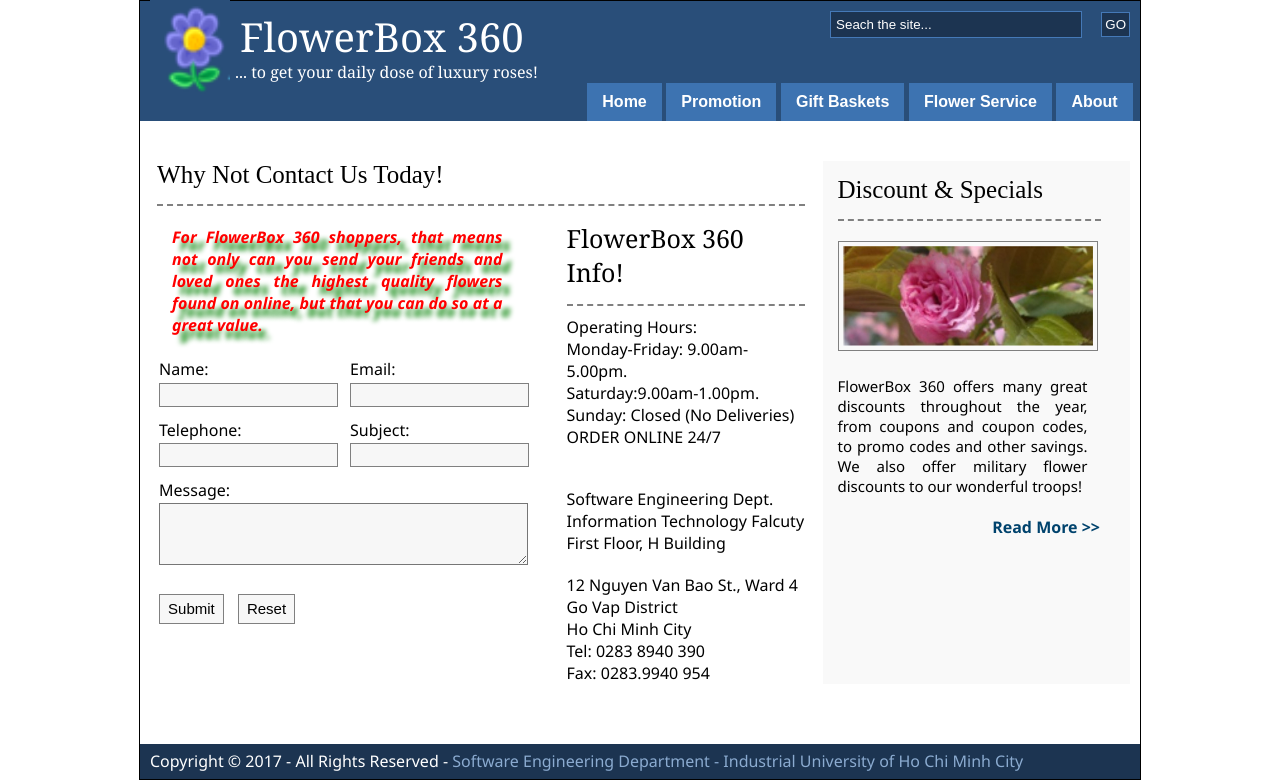
Repository: thu1365/BTKT_WEB
Page: HTML/btkt.html
An editor plug-in stored every save of this project. The page is shown before and after the next save, followed by the edit.
The browser window is 1280 px wide. The pictures show the whole page.

Above is the page before, as saved 2023-03-11 21:36:57.

### HTML/btkt.html
<!DOCTYPE html>
<html lang="en">

<head>
    <meta charset="UTF-8">
    <meta http-equiv="X-UA-Compatible" content="IE=edge">
    <meta name="viewport" content="width=device-width, initial-scale=1.0">
    <title>21025781-Lê Minh Thư</title>
    <style>
        * {
            padding: 0;
            margin: 0 auto;
        }

        .wrapper {
            width: 1000px;
            background-color: #fff;
            border: 1px solid black;
        }

        header {
            position: relative;
            width: 1000px;
            height: 120px;
            background-color: #294e79;
            font-family: Georgia, 'Times New Roman', Times, serif;
        }

        .logo {
            position: relative;
            left: 10px;
            bottom: 15px;
            width: 80px;
            height: 130px;
        }

        .name1 {
            font-size: 40px;
            color: #fff;
            position: absolute;
            left: 100px;
            top: 8px;
        }

        .name2 {
            color: #fff;
            position: absolute;
            left: 95px;
            top: 60px;
        }

        #search1 {
            background-color: #1c3451;
            border: 1px solid #4579b7;
            color: #fff;
            margin-right: 15px;
            width: 250px;
            height: 25px;
        }

        #search1::placeholder {
            padding-left: 5px;
            color: #fff;
        }

        #search2 {
            background-color: #1c3451;
            border: 1px solid #4579b7;
            color: #fff;
            height: 25px;
            padding: 0 3px;
        }

        .search_form {
            position: absolute;
            top: 10px;
            right: 10px;
        }

        .nav {
            display: flex;
            width: 550px;
            position: absolute;
            bottom: 0px;
            right: 5px;
            font-family: Arial, Helvetica, sans-serif;
        }

        .nav_item {
            position: relative;
            padding: 10px 15px;
            background-color: #3d73b1;
        }

        .nav_item:hover {
            background-color: #8babd0;
        }

        .nav_item a {
            color: white;
            font-weight: bold;
            text-decoration: none;
        }

        .nav1 {
            display: none;
            position: absolute;
            top: 39px;
            left: 0px;
            width: 180px;
            height: 60px;
            background-color: #8babd0;
        }

        .nav2 {
            box-sizing: border-box;
            padding-left: 15px;
            line-height: 30px;
            height: 50%;
            border: 1px solid rgb(158, 196, 240);
            color: white;
        }

        .nav_item:hover .nav1 {
            display: block;
            background-color: #9bbbe0;
        }

        .nav2:hover {
            background-color: #edf6ff;
            cursor: pointer;
        }

        .container {
            font-family: 'Segoe UI', Tahoma, Geneva, Verdana, sans-serif;
            padding-bottom: 60px;
            width: 100%;
            display: flex;
        }

        .Left {
            display: flex;
            width: 70%;
            justify-content: space-between;
            flex-wrap: wrap;
        }

        .p1 {
            width: 55%;
        }

        .p2 {
            width: 35%;
        }

        .p3 {
            background-color: #f9f9f9;
            width: 30%;
            padding-left: 15px;
            margin-top: 40px;
            margin-right: 10px;
        }

        .Left1 {
            font-family: 'Times New Roman', Times, serif;
            width: 95%;
            padding: 40px 0px 15px 0px;
            font-size: 25px;
            border-bottom: 2px dashed gray;
        }

        .p1_1 {
            padding: 20px 30px 20px 15px;
            text-align: justify;
            color: red;
            font-style: italic;
            font-family: 'Segoe UI', Tahoma, Geneva, Verdana, sans-serif;
            text-shadow: 8px 8px 5px green;
        }

        table input {
            height: 22px;
            margin-right: 10px;
            margin-bottom: 10px;
            background-color: #f7f7f7;
            border: 1px solid gray;
        }

        table textarea {
            background-color: #f7f7f7;
        }

        .p1_sub {
            box-sizing: border-box;
            margin-top: 20px;
            height: 30px;
            font-size: 15px;
            padding: 0 8px;
            line-height: 28px;
            border: 1px solid gray;
        }

        .p2_1 {
            font-family: Georgia, 'Times New Roman', Times, serif;
            padding: 15px 0px 15px;
            width: 100%;
            font-size: 25px;
            border-bottom: 2px dashed gray;
        }

        .p2_2 {
            font-family: 'Segoe UI', Tahoma, Geneva, Verdana, sans-serif;
            padding: 10px 0 40px 0;
        }

        .p2_3 {
            font-family: 'Segoe UI', Tahoma, Geneva, Verdana, sans-serif;
        }

        .p2_4 {
            font-family: 'Segoe UI', Tahoma, Geneva, Verdana, sans-serif;
            padding-top: 20px;
        }

        .p3_1 {
            font-family: 'Times New Roman', Times, serif;
            padding: 15px 0px 15px;
            width: 90%;
            margin-right: 30px;
            font-size: 25px;
            border-bottom: 2px dashed gray;
        }

        .p3_anh {
            width: 250px;
            height: 100px;
            padding: 4px;
            margin: 20px 0;
            border: 1px solid gray;
        }

        .p3_2 {
            width: 250px;
            margin-right: 30px;
            float: left;
            text-align: justify;
            font-family: 'Segoe UI', Tahoma, Geneva, Verdana, sans-serif;
            font-size: 15px;
            display: block;
        }

        .p3_3 {
            color: #00436d;
            font-weight: bold;
            margin-right: 30px;
            float: right;
            padding-top: 20px;
            text-decoration: none;
        }

        footer {
            background-color: #1c3451;
            height: 35px;
        }

        #footer_1 {
            font-family: 'Segoe UI', Tahoma, Geneva, Verdana, sans-serif;
            padding-left: 10px;
            color: #8babd0;
            line-height: 35px;
        }

        #footer_1 .white {
            color: #fff;
        }
    </style>
</head>

<body>
    <div class="wrapper">
        <header>
            <img src="/IMAGE/AnhLogo.PNG" alt="" class="logo">
            <p class="name1">FlowerBox 360</p>
            <p class="name2">... to get your daily dose of luxury roses!</p>
            <form action="" class="search_form">
                <input type="text" name="" id="search1" placeholder="Seach the site...">
                <input id="search2" type="button" value="GO">
            </form>
            <div class="nav">
                <div class="nav_item"><a href="">Home</a></div>
                <div class="nav_item"><a href="">Promotion</a></div>
                <div class="nav_item"><a href="">Gift Baskets</a></div>
                <div class="nav_item"><a href="">Flower Service</a>
                    <div class="nav1">
                        <div class="nav2"><b>Flower for Wedding</b></div>
                        <div class="nav2"><b>Flower for Conference</b></div>

                    </div>
                </div>
                <div class="nav_item"><a href="">About</a></div>
            </div>
        </header>
        <div class="container">
            <div class="Left">
                <p class="Left1">Why Not Contact Us Today!</p>
                <div class="p1">
                    <p class="p1_1"><b>For FlowerBox 360 shoppers, that means not only can you send your friends and loved ones the highest quality flowers found on online, but that you can do so at a great value.</b></p>
                    <form action="" class="c1_form">
                        <table>
                            <tr>
                                <td><label for="name_ip">Name:</label></td>
                                <td><label for="mail_ip">Email:</label></td>
                            </tr>
                            <tr>
                                <td><input type="text" name="" id="name_ip"></td>
                                <td><input type="email" name="" id="mail_ip"></td>
                            </tr>
                            <tr>
                                <td><label for="tel_ip">Telephone:</label></td>
                                <td><label for="sub_ip">Subject:</label></td>
                            </tr>
                            <tr>
                                <td><input type="tel" name="" id="tel_ip"></td>
                                <td><input type="text" name="" id="sub_ip"></td>
                            </tr>
                            <tr>
                                <td colspan="2"><label for="mess_ip">Message:</label></td>
                            </tr>
                            <tr>
                                <td colspan="2"> <textarea name="" id="mess_ip" cols="44" rows="4"></textarea></td>
                            </tr>
                            <tr>
                                <tr>
                                    <td><input class="p1_sub" type="button" value="Submit"> <input class="p1_sub" type="button" value="Reset"></td>
                                </tr>
                            </tr>
                        </table>

                    </form>
                </div>
                <div class="p2">
                    <p class="p2_1">FlowerBox 360 Info!</p>
                    <p class="p2_2">Operating Hours: <br> Monday-Friday: 9.00am-5.00pm.<br> Saturday:9.00am-1.00pm.
                        <br> Sunday: Closed (No Deliveries)<br> ORDER ONLINE 24/7
                    </p>
                    <p class="p2_3">
                        Software Engineering Dept. <br> Information Technology Falcuty<br> First Floor, H Building
                    </p>
                    <p class="p2_4">
                        12 Nguyen Van Bao St., Ward 4<br> Go Vap District<br> Ho Chi Minh City<br> Tel: 0283 8940 390<br> Fax: 0283.9940 954
                    </p>


                </div>
            </div>
            <div class="p3">
                <p class="p3_1">Discount & Specials</p>
                <img src="/IMAGE/Hoa.jpg" alt="" class="p3_anh">
                <p class="p3_2">FlowerBox 360 offers many great discounts throughout the year, from coupons and coupon codes, to promo codes and other savings. We also offer military flower discounts to our wonderful troops!</p>
                <a class="p3_3" href="">Read More >></a>
            </div>
        </div>
        <footer>
            <p id="footer_1"><span class="white">Copyright © 2017 - All Rights Reserved -</span> Software Engineering Department - Industrial University of Ho Chi Minh City</p>
        </footer>
    </div>
</body>

</html>

After the next save:
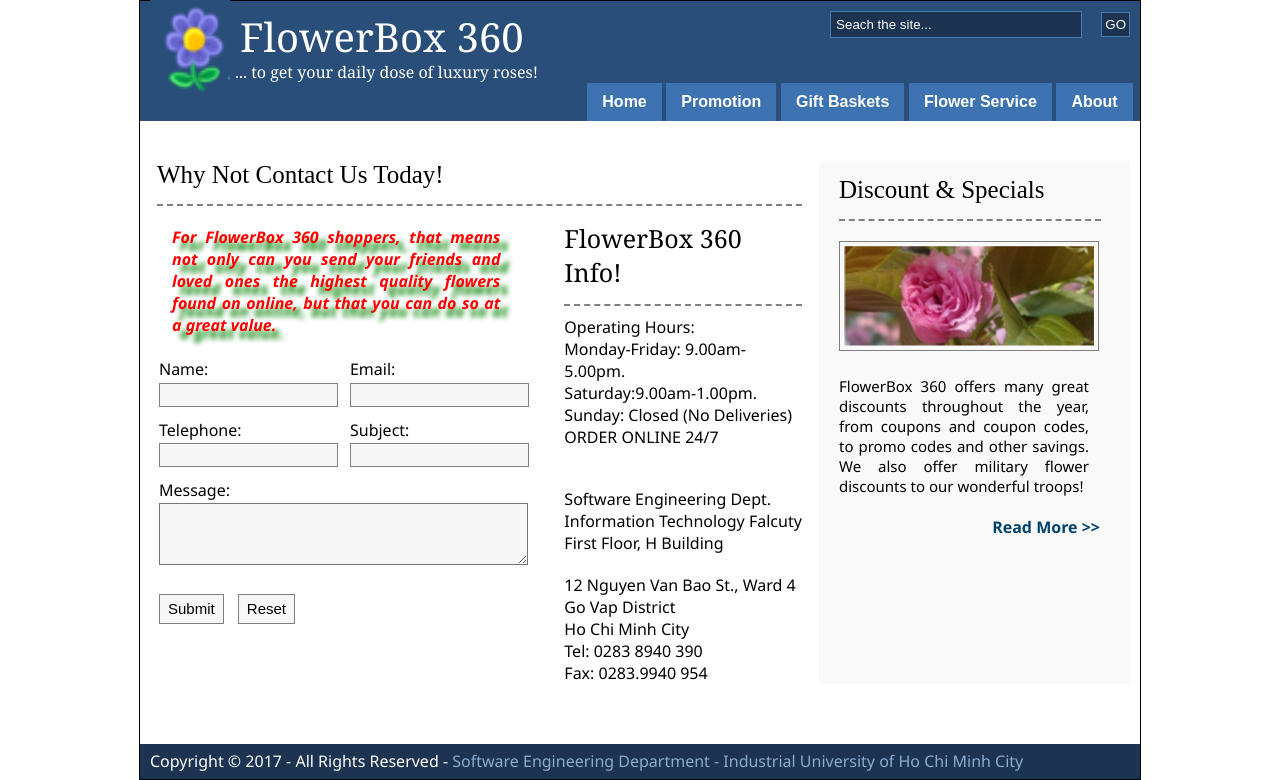
Saved 90 s later.
--- a/HTML/btkt.html
+++ b/HTML/btkt.html
@@ -156,7 +156,7 @@
         .p3 {
             background-color: #f9f9f9;
             width: 30%;
-            padding-left: 15px;
+            padding-left: 20px;
             margin-top: 40px;
             margin-right: 10px;
         }
